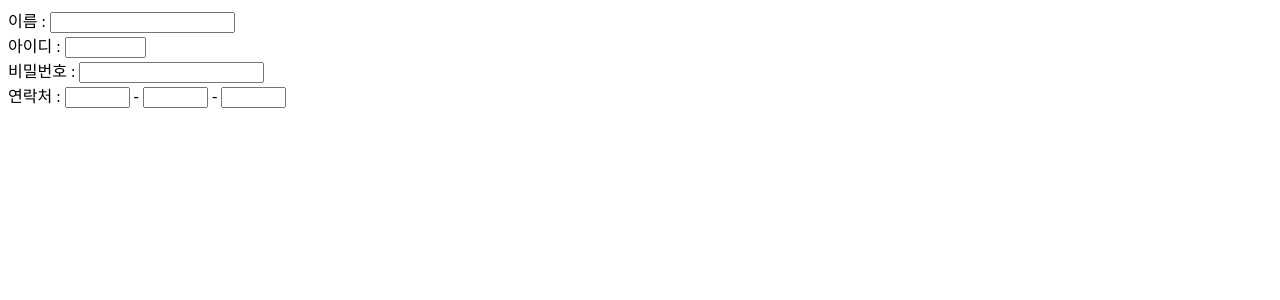
Repository: bjKim2/JSP
Page: HTML/src/main/webapp/Lec06.html
The author's editor kept a copy of each file at every save. The page is drawn from the files as they stood at one save, then again after the next save.
The browser window is 1280 px wide. The pictures show the whole page.

Above is the page before, as saved 2022-03-15 05:04:30.

### HTML/src/main/webapp/Lec06.html
<!DOCTYPE html>
	<html>
	<head>
		<meta charset="UTF-8">
		<title>From Tag</title>
	</head>
	<body>
		<from action = '#' method='get'>
			이름 : <input type="text" name = "userName" ><br>
			아이디 : <input type="text" name = "userId"  size = '7'><br>
			비밀번호 : <input type="password" name="userPassword"><br>
			연락처 : <input type="text" name = "phone1_1"  size = "5"> -
					<input type="text" name = "phone1_2"  size = "5"> -
					<input type="text" name = "phone1_3"  size = "5"> <br>




		</from>
	</body>
</html>

After the next save:
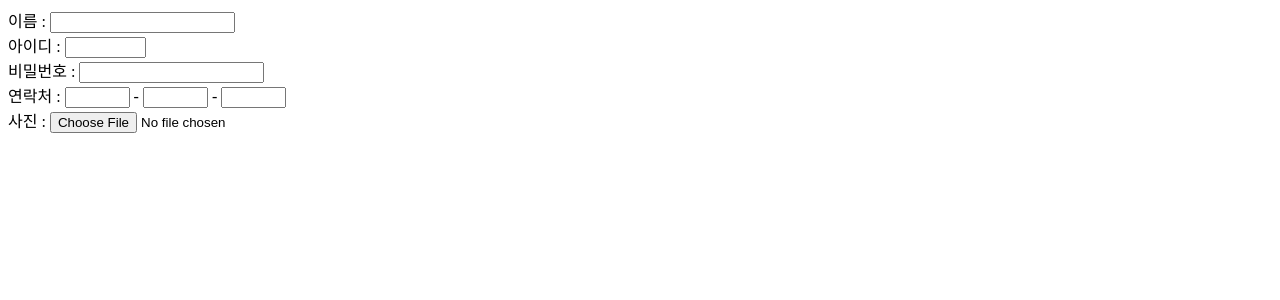
Saved 62 s later.
--- a/HTML/src/main/webapp/Lec06.html
+++ b/HTML/src/main/webapp/Lec06.html
@@ -12,8 +12,7 @@
 			연락처 : <input type="text" name = "phone1_1"  size = "5"> -
 					<input type="text" name = "phone1_2"  size = "5"> -
 					<input type="text" name = "phone1_3"  size = "5"> <br>
-
-
+			사진 : <input type="file" name = "picture"> <br>
 
 
 		</from>
